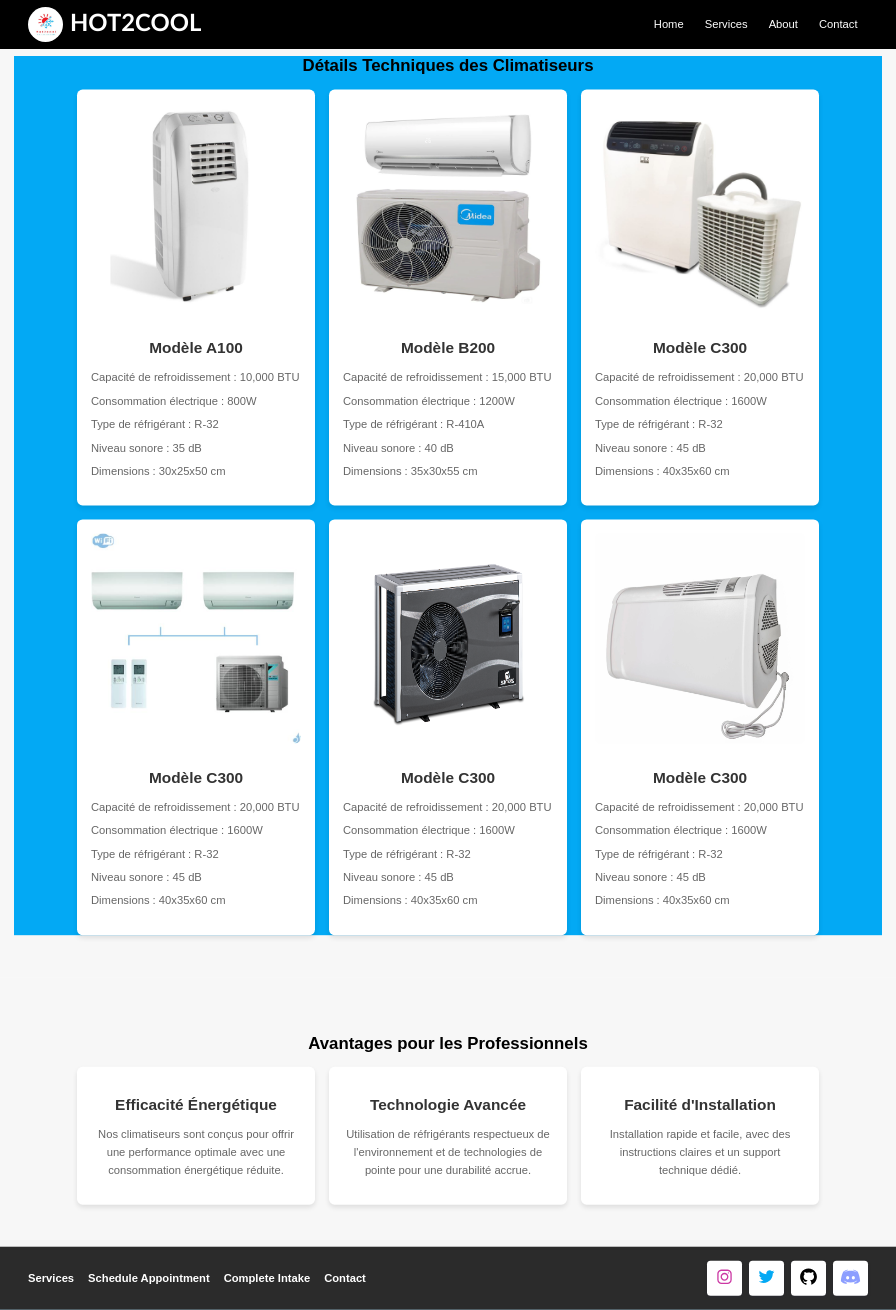
Repository: kadel237/hot2cool
Page: tech.html
These files come from the project's save history. The page is drawn as it stood at one moment and after the next save; the edit follows.
The browser window is 1280 px wide. The pictures show the whole page, at 70% of full size.

Above is the page before, as saved 2024-07-04 00:27:32.

### tech.html
<!DOCTYPE html>
<html lang="fr">
  <head>
    <meta charset="UTF-8" />
    <meta name="viewport" content="width=device-width, initial-scale=1.0" />
    <title>Hot2Cool - Détails Techniques</title>
    <link rel="stylesheet" href="tech.css" />
  </head>
  <body>
    <header>
      <div class="container">
        <h1><img src="./logo.jpg" alt="Logo" class="logo" />HOT2COOL</h1>
        <nav>
          <ul>
            <li><a href="./index.html">Home</a></li>
            <li class="dropdown">
              <a href="#services">Services</a>
              <ul class="dropdown-content">
                <li class="dropdown-submenu">
                  <a href="#particuliers">Pour les particuliers</a>
                  <ul class="dropdown-submenu-content">
                    <li><a href="./ofDuMo.html">Offres du moment</a></li>
                    <li><a href="#products">Nos services sur mesure</a></li>
                  </ul>
                </li>
                <li class="dropdown-submenu">
                  <a href="#entreprises">Pour les entreprises</a>
                  <ul class="dropdown-submenu-content">
                    <li>
                      <a href="./tech.html#advantages"
                        >Ameliorez le confort de votre entreprise</a
                      >
                    </li>
                    <li>
                      <a href="./tech.html"
                        >pour les plus tech du monde de la fraicheur</a
                      >
                    </li>
                  </ul>
                </li>
              </ul>
            </li>
            <li><a href="#about-us">About</a></li>
            <li><a href="#contact">Contact</a></li>
          </ul>
        </nav>
      </div>
    </header>

    <main>
      <section class="technical-details">
        <div class="container">
          <h2>Détails Techniques des Climatiseurs</h2>
          <div class="technical-grid">
            <div class="technical-card">
              <img src="./mono-bloc.jpg" alt="Modèle A100" />
              <h3>Modèle A100</h3>
              <ul>
                <li>Capacité de refroidissement : 10,000 BTU</li>
                <li>Consommation électrique : 800W</li>
                <li>Type de réfrigérant : R-32</li>
                <li>Niveau sonore : 35 dB</li>
                <li>Dimensions : 30x25x50 cm</li>
              </ul>
            </div>
            <div class="technical-card">
              <img src="./split-fixe.webp" alt="Modèle A100" />
              <h3>Modèle B200</h3>
              <ul>
                <li>Capacité de refroidissement : 15,000 BTU</li>
                <li>Consommation électrique : 1200W</li>
                <li>Type de réfrigérant : R-410A</li>
                <li>Niveau sonore : 40 dB</li>
                <li>Dimensions : 35x30x55 cm</li>
              </ul>
            </div>
            <div class="technical-card">
              <img src="./split-mobile.jpg" alt="Modèle A100" />
              <h3>Modèle C300</h3>
              <ul>
                <li>Capacité de refroidissement : 20,000 BTU</li>
                <li>Consommation électrique : 1600W</li>
                <li>Type de réfrigérant : R-32</li>
                <li>Niveau sonore : 45 dB</li>
                <li>Dimensions : 40x35x60 cm</li>
              </ul>
            </div>
            <div class="technical-card">
              <img src="./bi-split.jpg" alt="Modèle A100" />
              <h3>Modèle C300</h3>
              <ul>
                <li>Capacité de refroidissement : 20,000 BTU</li>
                <li>Consommation électrique : 1600W</li>
                <li>Type de réfrigérant : R-32</li>
                <li>Niveau sonore : 45 dB</li>
                <li>Dimensions : 40x35x60 cm</li>
              </ul>
            </div>
            <div class="technical-card">
              <img src="./pompe à chaleur.png" alt="Modèle A100" />
              <h3>Modèle C300</h3>
              <ul>
                <li>Capacité de refroidissement : 20,000 BTU</li>
                <li>Consommation électrique : 1600W</li>
                <li>Type de réfrigérant : R-32</li>
                <li>Niveau sonore : 45 dB</li>
                <li>Dimensions : 40x35x60 cm</li>
              </ul>
            </div>
            <div class="technical-card">
              <img src="./monobloc-revertisseur.webp" alt="Modèle A100" />
              <h3>Modèle C300</h3>
              <ul>
                <li>Capacité de refroidissement : 20,000 BTU</li>
                <li>Consommation électrique : 1600W</li>
                <li>Type de réfrigérant : R-32</li>
                <li>Niveau sonore : 45 dB</li>
                <li>Dimensions : 40x35x60 cm</li>
              </ul>
            </div>
          </div>
        </div>
      </section>

      <section class="advantages" id="advantages">
        <div class="container">
          <h2>Avantages pour les Professionnels</h2>
          <div class="advantages-grid">
            <div class="advantage-card">
              <h3>Efficacité Énergétique</h3>
              <p>
                Nos climatiseurs sont conçus pour offrir une performance
                optimale avec une consommation énergétique réduite.
              </p>
            </div>
            <div class="advantage-card">
              <h3>Technologie Avancée</h3>
              <p>
                Utilisation de réfrigérants respectueux de l'environnement et de
                technologies de pointe pour une durabilité accrue.
              </p>
            </div>
            <div class="advantage-card">
              <h3>Facilité d'Installation</h3>
              <p>
                Installation rapide et facile, avec des instructions claires et
                un support technique dédié.
              </p>
            </div>
          </div>
        </div>
      </section>
    </main>

    <footer>
      <div class="container">
        <div class="footer-content">
          <div class="footer-nav">
            <ul>
              <li><a href="#services">Services</a></li>
              <li><a href="#schedule">Schedule Appointment</a></li>
              <li><a href="#intake">Complete Intake</a></li>
              <li><a href="#contact">Contact</a></li>
            </ul>
          </div>
          <div class="social-icons">
            <button class="card1">
              <svg
                class="instagram"
                fill-rule="nonzero"
                height="30px"
                width="30px"
                viewBox="0,0,256,256"
                xmlns="http://www.w3.org/2000/svg"
              >
                <g
                  style="mix-blend-mode: normal"
                  text-anchor="none"
                  font-size="none"
                  font-weight="none"
                  font-family="none"
                  stroke-dashoffset="0"
                  stroke-dasharray=""
                  stroke-miterlimit="10"
                  stroke-linejoin="miter"
                  stroke-linecap="butt"
                  stroke-width="1"
                  stroke="none"
                  fill-rule="nonzero"
                >
                  <g transform="scale(8,8)">
                    <path
                      d="M11.46875,5c-3.55078,0 -6.46875,2.91406 -6.46875,6.46875v9.0625c0,3.55078 2.91406,6.46875 6.46875,6.46875h9.0625c3.55078,0 6.46875,-2.91406 6.46875,-6.46875v-9.0625c0,-3.55078 -2.91406,-6.46875 -6.46875,-6.46875zM11.46875,7h9.0625c2.47266,0 4.46875,1.99609 4.46875,4.46875v9.0625c0,2.47266 -1.99609,4.46875 -4.46875,4.46875h-9.0625c-2.47266,0 -4.46875,-1.99609 -4.46875,-4.46875v-9.0625c0,-2.47266 1.99609,-4.46875 4.46875,-4.46875zM21.90625,9.1875c-0.50391,0 -0.90625,0.40234 -0.90625,0.90625c0,0.50391 0.40234,0.90625 0.90625,0.90625c0.50391,0 0.90625,-0.40234 0.90625,-0.90625c0,-0.50391 -0.40234,-0.90625 -0.90625,-0.90625zM16,10c-3.30078,0 -6,2.69922 -6,6c0,3.30078 2.69922,6 6,6c3.30078,0 6,-2.69922 6,-6c0,-3.30078 -2.69922,-6 -6,-6zM16,12c2.22266,0 4,1.77734 4,4c0,2.22266 -1.77734,4 -4,4c-2.22266,0 -4,-1.77734 -4,-4c0,-2.22266 1.77734,-4 4,-4z"
                    ></path>
                  </g>
                </g>
              </svg>
            </button>
            <button class="card2">
              <svg
                class="twitter"
                height="30px"
                width="30px"
                viewBox="0 0 48 48"
                xmlns="http://www.w3.org/2000/svg"
              >
                <path
                  d="M42,12.429c-1.323,0.586-2.746,0.977-4.247,1.162c1.526-0.906,2.7-2.351,3.251-4.058c-1.428,0.837-3.01,1.452-4.693,1.776C34.967,9.884,33.05,9,30.926,9c-4.08,0-7.387,3.278-7.387,7.32c0,0.572,0.067,1.129,0.193,1.67c-6.138-0.308-11.582-3.226-15.224-7.654c-0.64,1.082-1,2.349-1,3.686c0,2.541,1.301,4.778,3.285,6.096c-1.211-0.037-2.351-0.374-3.349-0.914c0,0.022,0,0.055,0,0.086c0,3.551,2.547,6.508,5.923,7.181c-0.617,0.169-1.269,0.263-1.941,0.263c-0.477,0-0.942-0.054-1.392-0.135c0.94,2.902,3.667,5.023,6.898,5.086c-2.528,1.96-5.712,3.134-9.174,3.134c-0.598,0-1.183-0.034-1.761-0.104C9.268,36.786,13.152,38,17.321,38c13.585,0,21.017-11.156,21.017-20.834c0-0.317-0.01-0.633-0.025-0.945C39.763,15.197,41.013,13.905,42,12.429"
                ></path>
              </svg>
            </button>
            <button class="card3">
              <svg
                class="github"
                height="30px"
                width="30px"
                viewBox="0 0 30 30"
                xmlns="http://www.w3.org/2000/svg"
              >
                <path
                  d="M15,3C8.373,3,3,8.373,3,15c0,5.623,3.872,10.328,9.092,11.63C12.036,26.468,12,26.28,12,26.047v-2.051 c-0.487,0-1.303,0-1.508,0c-0.821,0-1.551-0.353-1.905-1.009c-0.393-0.729-0.461-1.844-1.435-2.526 c-0.289-0.227-0.069-0.486,0.264-0.451c0.615,0.174,1.125,0.596,1.605,1.222c0.478,0.627,0.703,0.769,1.596,0.769 c0.433,0,1.081-0.025,1.691-0.121c0.328-0.833,0.895-1.6,1.588-1.962c-3.996-0.411-5.903-2.399-5.903-5.098 c0-1.162,0.495-2.286,1.336-3.233C9.053,10.647,8.706,8.73,9.435,8c1.798,0,2.885,1.166,3.146,1.481C13.477,9.174,14.461,9,15.495,9 c1.036,0,2.024,0.174,2.922,0.483C18.675,9.17,19.763,8,21.565,8c0.732,0.731,0.381,2.656,0.102,3.594 c0.836,0.945,1.328,2.066,1.328,3.226c0,2.697-1.904,4.684-5.894,5.097C18.199,20.49,19,22.1,19,23.313v2.734 c0,0.104-0.023,0.179-0.035,0.268C23.641,24.676,27,20.236,27,15C27,8.373,21.627,3,15,3z"
                ></path>
              </svg>
            </button>
            <button class="card4">
              <svg
                class="discord"
                xmlns="http://www.w3.org/2000/svg"
                viewBox="0 0 48 48"
                width="30px"
                height="30px"
              >
                <path
                  d="M40,12c0,0-4.585-3.588-10-4l-0.488,0.976C34.408,10.174,36.654,11.891,39,14c-4.045-2.065-8.039-4-15-4s-10.955,1.935-15,4c2.346-2.109,5.018-4.015,9.488-5.024L18,8c-5.681,0.537-10,4-10,4s-5.121,7.425-6,22c5.162,5.953,13,6,13,6l1.639-2.185C13.857,36.848,10.715,35.121,8,32c3.238,2.45,8.125,5,16,5s12.762-2.55,16-5c-2.715,3.121-5.857,4.848-8.639,5.815L33,40c0,0,7.838-0.047,13-6C45.121,19.425,40,12,40,12z M17.5,30c-1.933,0-3.5-1.791-3.5-4c0-2.209,1.567-4,3.5-4s3.5,1.791,3.5,4C21,28.209,19.433,30,17.5,30z M30.5,30c-1.933,0-3.5-1.791-3.5-4c0-2.209,1.567-4,3.5-4s3.5,1.791,3.5,4C34,28.209,32.433,30,30.5,30z"
                ></path>
              </svg>
            </button>
          </div>
        </div>
      </div>
    </footer>
  </body>
</html>

### tech.css
/* Basic Styles */
body,
html {
  margin: 0;
  padding: 0;
  font-family: Arial, sans-serif;
  color: #fff;
}

/* Header Styles */
header {
  background-color: black;
  padding: 10px 0;
  position: fixed;
  width: 100%;
  top: 0;
  z-index: 1000;
}

header .container {
  display: flex;
  justify-content: space-between;
  align-items: center;
  max-width: 1200px;
  margin: 0 auto;
  padding: 0 20px;
}

header h1 {
  margin: 0;
  font-size: 34px;
  font-family: "Gill Sans", "Gill Sans MT", Calibri, "Trebuchet MS", sans-serif;
}

header nav ul {
  list-style: none;
  margin: 0;
  padding: 0;
  display: flex;
  align-items: center;
}

header nav ul li {
  position: relative;
}

header nav ul li a {
  color: #fff;
  text-decoration: none;
  font-size: 16px;
  padding: 10px 15px;
  display: block;
}

header nav ul li a:hover {
  background-color: #444;
}

/* Dropdown Styles */
.dropdown-content {
  display: none;
  position: absolute;
  background-color: #333;
  min-width: 200px;
  box-shadow: 0px 8px 16px rgba(0, 0, 0, 0.2);
  z-index: 1;
  left: 0;
  top: 100%;
}

.dropdown-content a {
  color: #fff;
  padding: 12px 16px;
  text-decoration: none;
  display: block;
}

.dropdown-content a:hover {
  background-color: #444;
}

.dropdown:hover .dropdown-content {
  display: block;
}

/* Submenu Styles */
.dropdown-submenu {
  position: relative;
}

.dropdown-submenu .dropdown-submenu-content {
  display: none;
  position: absolute;
  top: 0;
  left: 100%;
  background-color: #333;
  min-width: 200px;
  box-shadow: 0px 8px 16px rgba(0, 0, 0, 0.2);
  z-index: 1;
}

.dropdown-submenu:hover .dropdown-submenu-content {
  display: block;
}

header nav ul li a::after {
  content: "";
  position: absolute;
  width: 0;
  height: 2px;
  display: block;
  margin-top: 5px;
  right: 0;
  background: #fff;
  transition: width 0.3s ease, right 0.3s ease;
}

header nav ul li a:hover::after {
  width: 100%;
  right: 0;
}

/* Dropdown Styles */
.dropdown-content {
  display: none;
  position: absolute;
  background-color: #333;
  min-width: 200px;
  box-shadow: 0px 8px 16px rgba(0, 0, 0, 0.2);
  z-index: 1;
  left: 0;
  top: 100%;
}

.dropdown-content a {
  color: #fff;
  padding: 12px 16px;
  text-decoration: none;
  display: block;
}

.dropdown-content a:hover {
  background-color: #444;
}
.logo {
  width: 50px; /* Ajustez la taille selon vos besoins */
  height: 50px; /* Ajustez la taille selon vos besoins */
  border-radius: 50%;
  margin-right: 10px; /* Ajoute un espace entre le logo et le texte */
  vertical-align: middle; /* Aligne verticalement avec le texte */
}
.dropdown:hover .dropdown-content {
  display: block;
}

/* Submenu Styles */
.dropdown-submenu {
  position: relative;
}

.dropdown-submenu .dropdown-content {
  top: 0;
  left: 100%;
  display: none; /* Ajouté pour masquer le sous-menu initialement */
}

.dropdown-submenu:hover .dropdown-content {
  display: block; /* Affiche le sous-menu au survol */
}

header nav ul li a::after {
  content: "";
  position: absolute;
  width: 0;
  height: 2px;
  display: block;
  margin-top: 5px;
  right: 0;
  background: #fff;
  transition: width 0.3s ease, right 0.3s ease;
}

header nav ul li a:hover::after {
  width: 100%;
  right: 0;
}
.technical-details .container {
  background-color: #03a9f4;
}
/* Styles for the Technical Details and Advantages Sections */
.technical-details,
.advantages {
  padding: 60px 0;
  background-color: #f7f7f7;
}

.technical-details .container,
.advantages .container {
  max-width: 1200px;
  margin: 0 auto;
  padding: 0 20px;
}

.technical-details h2,
.advantages h2 {
  text-align: center;
  color: #000;
  margin-bottom: 20px;
}

.technical-grid,
.advantages-grid {
  display: flex;
  flex-wrap: wrap;
  gap: 20px;
  justify-content: center;
}

.technical-card,
.advantage-card {
  background: #fff;
  border-radius: 8px;
  padding: 20px;
  box-shadow: 0 4px 8px rgba(0, 0, 0, 0.1);
  max-width: 300px;
  width: 100%;
  text-align: center;
}

.technical-card h3,
.advantage-card h3 {
  font-size: 22px;
  margin-bottom: 10px;
  color: #333;
}

.technical-card ul,
.advantage-card p {
  text-align: left;
  color: #666;
  font-size: 16px;
  line-height: 1.6;
}

.technical-card ul {
  list-style: none;
  padding: 0;
}

.technical-card ul li {
  margin-bottom: 8px;
}
.technical-card img {
  width: 100%;
  height: 300px;
  border-radius: 8px;
  margin-bottom: 10px;
}

.advantages-grid .advantage-card p {
  text-align: center;
}

footer {
  background-color: #333;
  color: #fff;
  padding: 20px 0;
}

.footer-content {
  display: flex;
  justify-content: space-between;
  align-items: flex-start;
  max-width: 1200px;
  margin: 0 auto;
  flex-wrap: wrap;
}

footer {
  background-color: #2b2b2b; /* Couleur de fond du footer */
  padding: 20px 0;
  text-align: center;
}

.footer-content {
  display: flex;
  justify-content: space-between;
  align-items: center;
  max-width: 1200px;
  margin: 0 auto;
  flex-wrap: wrap;
}

.footer-nav ul {
  list-style: none;
  padding: 0;
  margin: 0;
  display: flex;
  gap: 20px; /* Espace entre les éléments du menu */
}

.footer-nav ul li {
  margin: 0;
}

.footer-nav ul li a {
  color: #fff; /* Couleur du texte */
  text-decoration: none; /* Enlever la décoration des liens */
  font-size: 16px; /* Taille de la police */
  font-weight: bold; /* Épaisseur du texte */
}

.footer-nav ul li a:hover {
  color: #ddd; /* Couleur du texte au survol */
}

.social-icons {
  display: flex;
  gap: 10px; /* Espace entre les icônes des réseaux sociaux */
}

.card1,
.card2,
.card3,
.card4 {
  width: 50px;
  height: 50px;
  outline: none;
  border: none;
  background: white;
  border-radius: 5px;
  box-shadow: rgba(50, 50, 93, 0.25) 0px 2px 5px -1px,
    rgba(0, 0, 0, 0.3) 0px 1px 3px -1px;
  transition: 0.2s ease-in-out;
}

.instagram {
  fill: #cc39a4;
}

.twitter {
  fill: #03a9f4;
}

.github {
  fill: black;
}

.discord {
  fill: #8c9eff;
}

.card1:hover {
  cursor: pointer;
  transform: scale(1.1);
  background-color: #cc39a4;
  box-shadow: 1px 1px 0px #eeb1de, 2px 2px 0px #d365b6, 3px 3px 0px #d365b6,
    4px 4px 0px #d365b6, 5px 5px 0px #d365b6;
}

.card1:hover .instagram {
  fill: white;
}

.card2:hover {
  cursor: pointer;
  transform: scale(1.1);
  background-color: #03a9f4;
  box-shadow: 1px 1px 0px #a1defa, 2px 2px 0px #41bef8, 3px 3px 0px #41bef8,
    4px 4px 0px #41bef8, 5px 5px 0px #41bef8;
}

.card2:hover .twitter {
  fill: white;
}

.card3:hover {
  cursor: pointer;
  transform: scale(1.1);
  background-color: black;
  box-shadow: 1px 1px 0px rgb(124, 123, 123), 2px 2px 0px #333, 3px 3px 0px #333,
    4px 4px 0px #333, 5px 5px 0px #333;
}

.card3:hover .github {
  fill: white;
}

.card4:hover {
  cursor: pointer;
  transform: scale(1.1);
  background-color: #8c9eff;
  box-shadow: 1px 1px 0px #bdc2e2, 2px 2px 0px #9ca6e0, 3px 3px 0px #9ca6e0,
    4px 4px 0px #9ca6e0, 5px 5px 0px #9ca6e0;
}

.card4:hover .discord {
  fill: white;
}

.footer-bottom {
  text-align: center;
  padding: 10px 0;
  background-color: #222;
  color: #aaa;
}

.footer-bottom p {
  margin: 0;
  font-size: 14px;
}

After the next save:
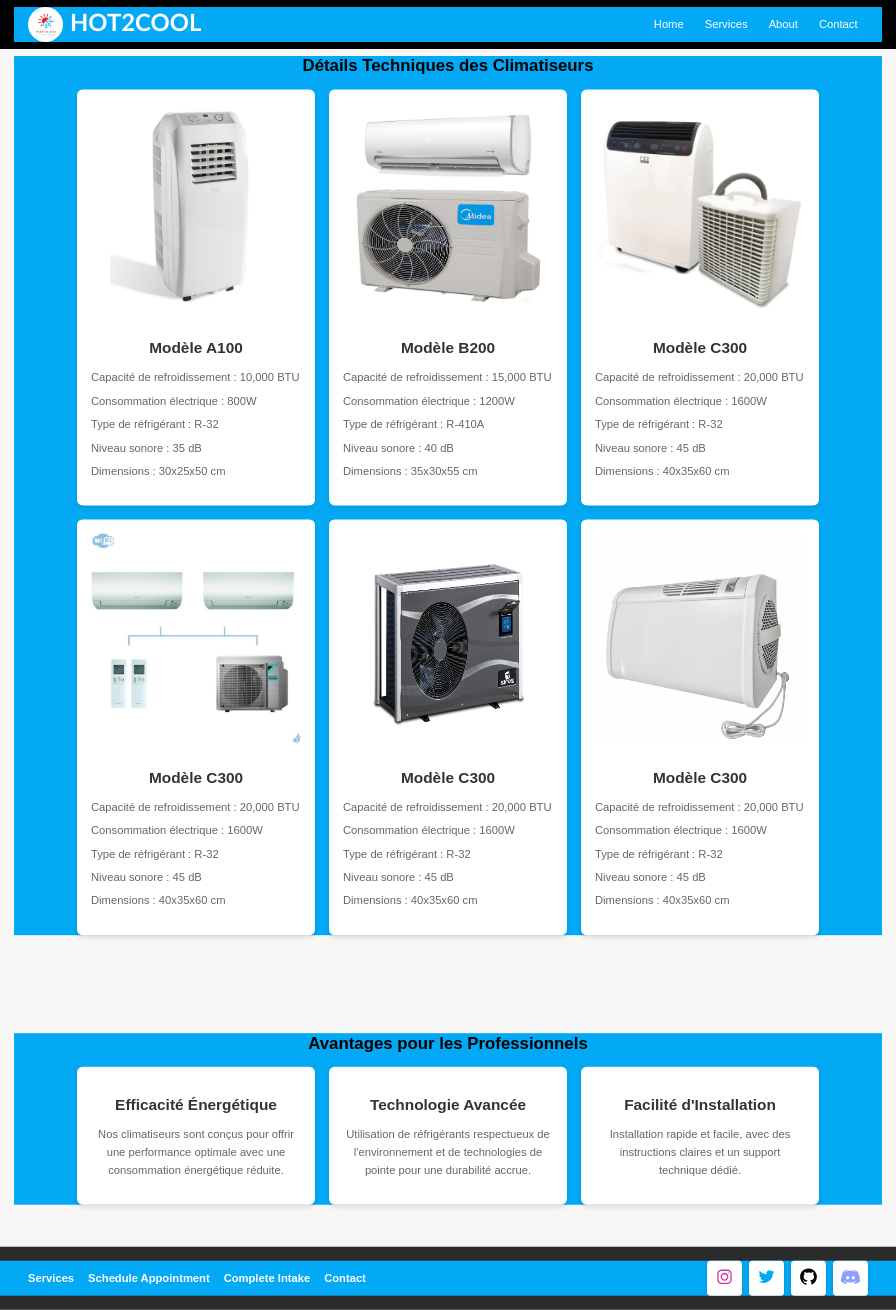
Saved 27 s later.
--- a/tech.css
+++ b/tech.css
@@ -184,7 +184,7 @@
   width: 100%;
   right: 0;
 }
-.technical-details .container {
+.container {
   background-color: #03a9f4;
 }
 /* Styles for the Technical Details and Advantages Sections */

After the save that followed:
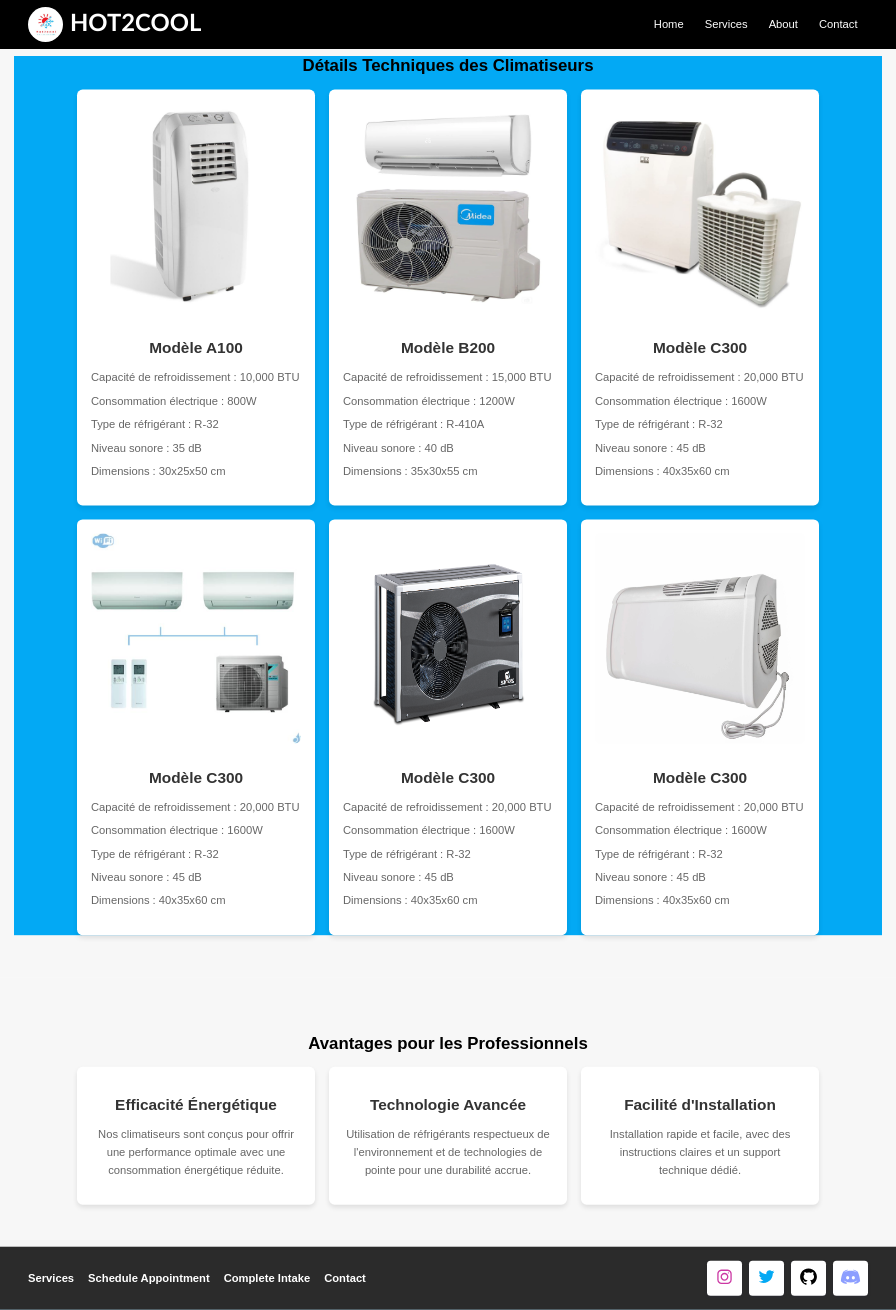
Saved 6 s later.
--- a/tech.css
+++ b/tech.css
@@ -184,7 +184,7 @@
   width: 100%;
   right: 0;
 }
-.container {
+.technical-details .container {
   background-color: #03a9f4;
 }
 /* Styles for the Technical Details and Advantages Sections */
